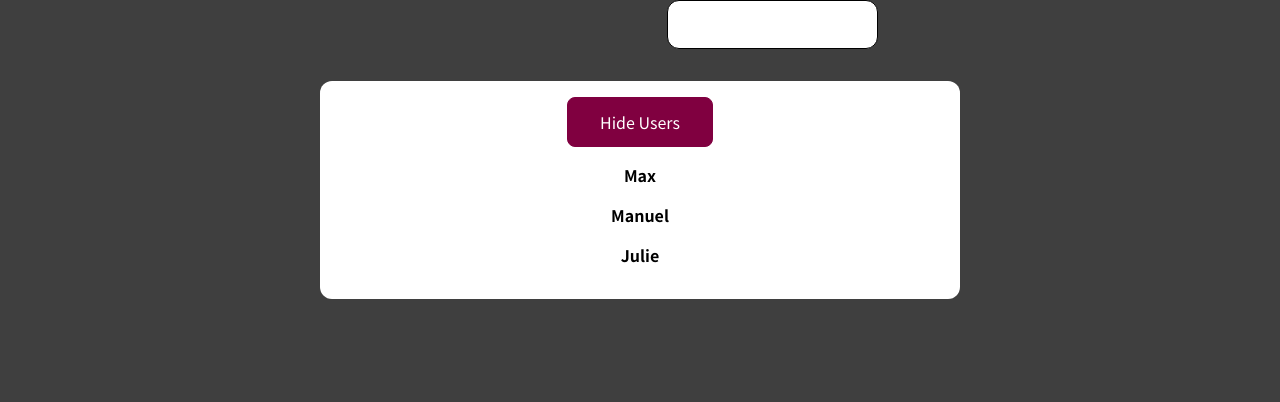
Repository: prathmeshgodbole/React-Class-Based
Page: /
The author's editor kept a copy of each file at every save. The page is drawn from the files as they stood at one save, then again after a run of saves.
The browser window is 1280 px wide. The pictures show the whole page.
The project was rebuilt for these pictures with package versions that can differ from the ones it lists, and the page was loaded fresh each time.

Above is the page before, as saved 2021-07-15 16:07:07.

After the next 2 saves:
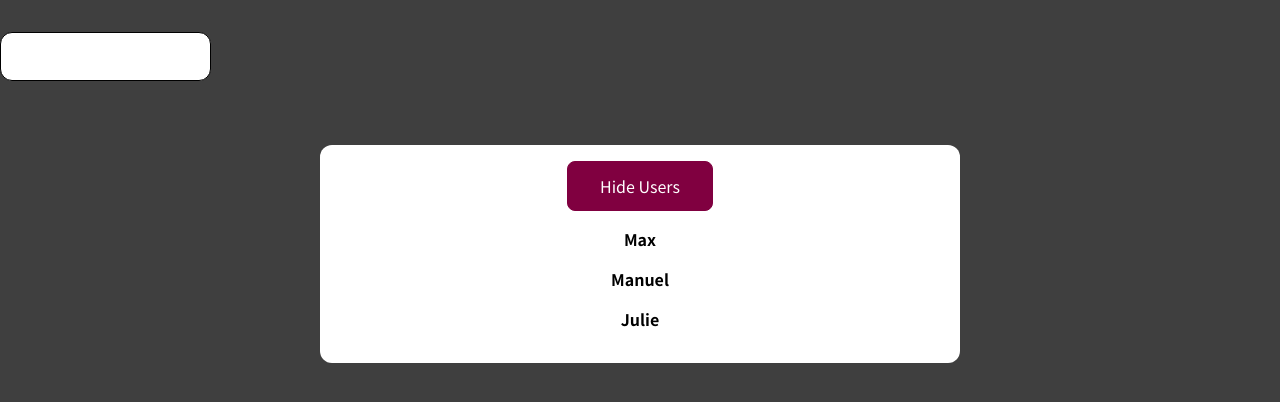
The 2 saves are shown as one change because they came seconds apart.
The last was saved 60 s later.
--- a/src/components/UserFinder.module.css
+++ b/src/components/UserFinder.module.css
@@ -1,6 +1,5 @@
 .finder {
-    margin-left: 50em;
-    /* margin: 2rem auto; */
+    margin: 2rem auto;
     background-color: white;
     padding: 1rem;
     border-radius: 12px;
